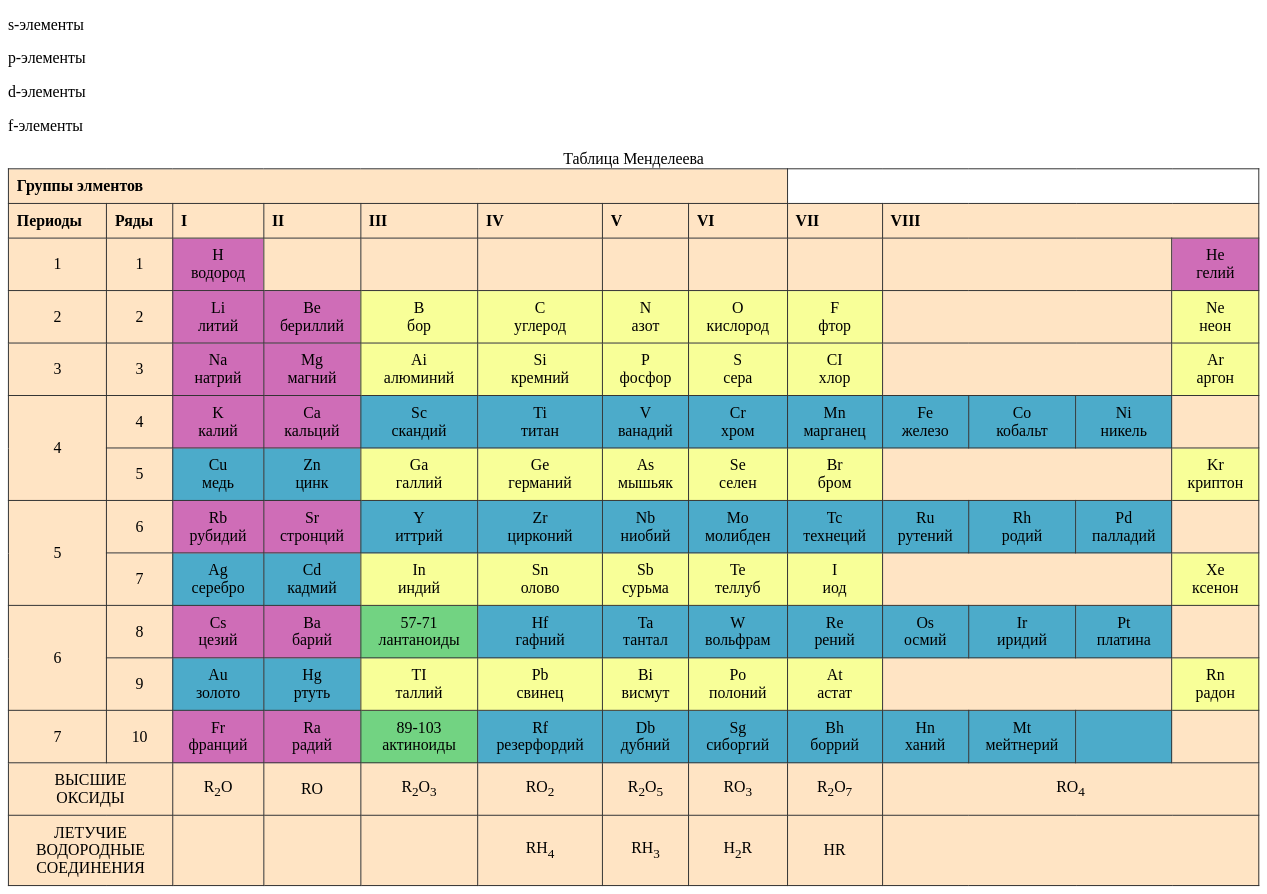
Repository: sannikovcode/exercises-a1
Page: JS/websites/01-periodic table/index.html
These files come from the project's save history. The page is drawn as it stood at one moment and after the next save; the edit follows.
The browser window is 1280 px wide. The pictures show the whole page, at 99% of full size.

Above is the page before, as saved 2025-10-18 15:07:35.

After the next save:
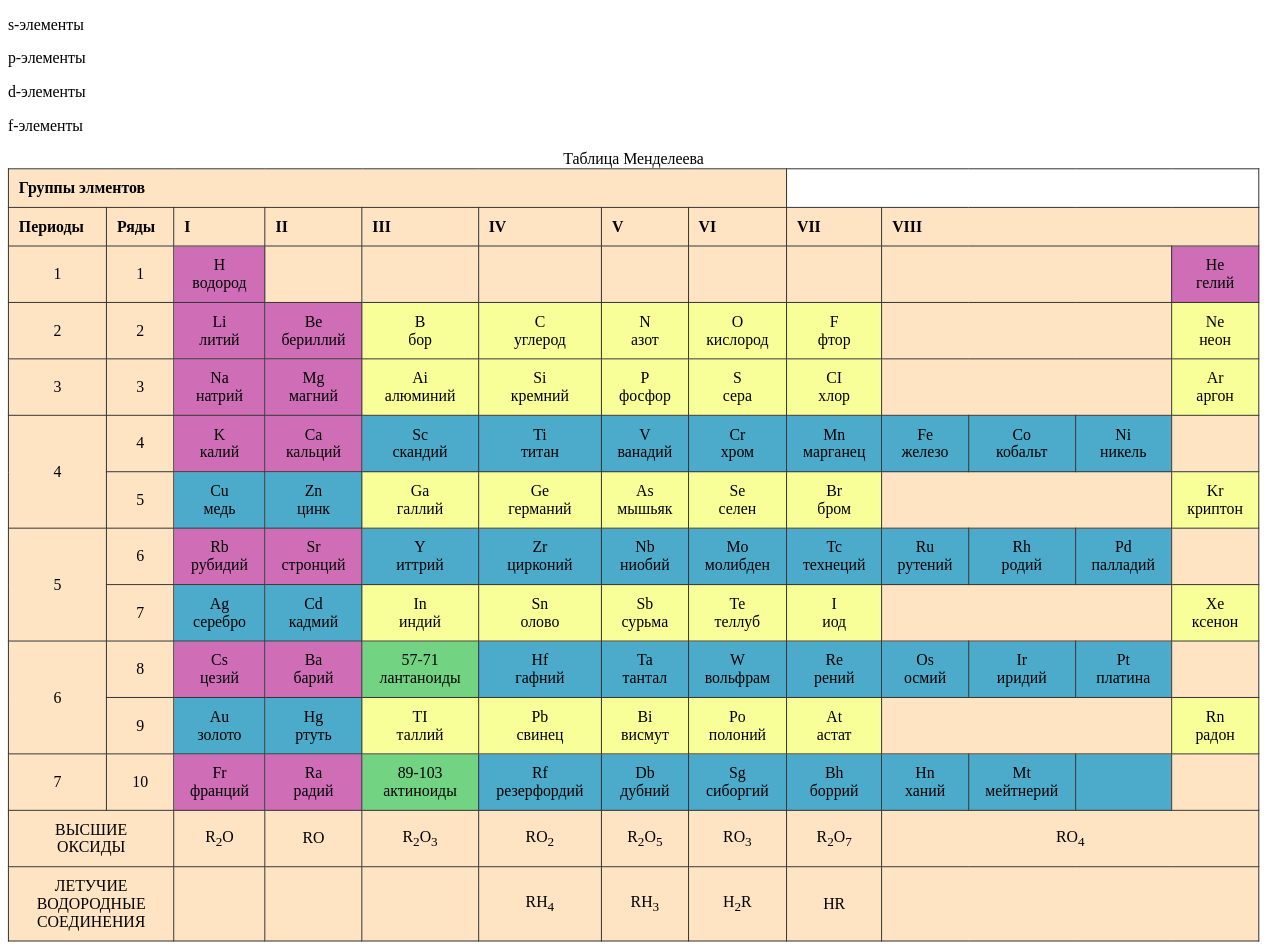
Saved 4 s later.
--- a/JS/websites/01-periodic table/styles.css
+++ b/JS/websites/01-periodic table/styles.css
@@ -9,7 +9,7 @@ table, th, td {
 }
 
 th, td {
-  padding: 8px;
+  padding: 10px;
   text-align: left;
   background-color: bisque;
 }
